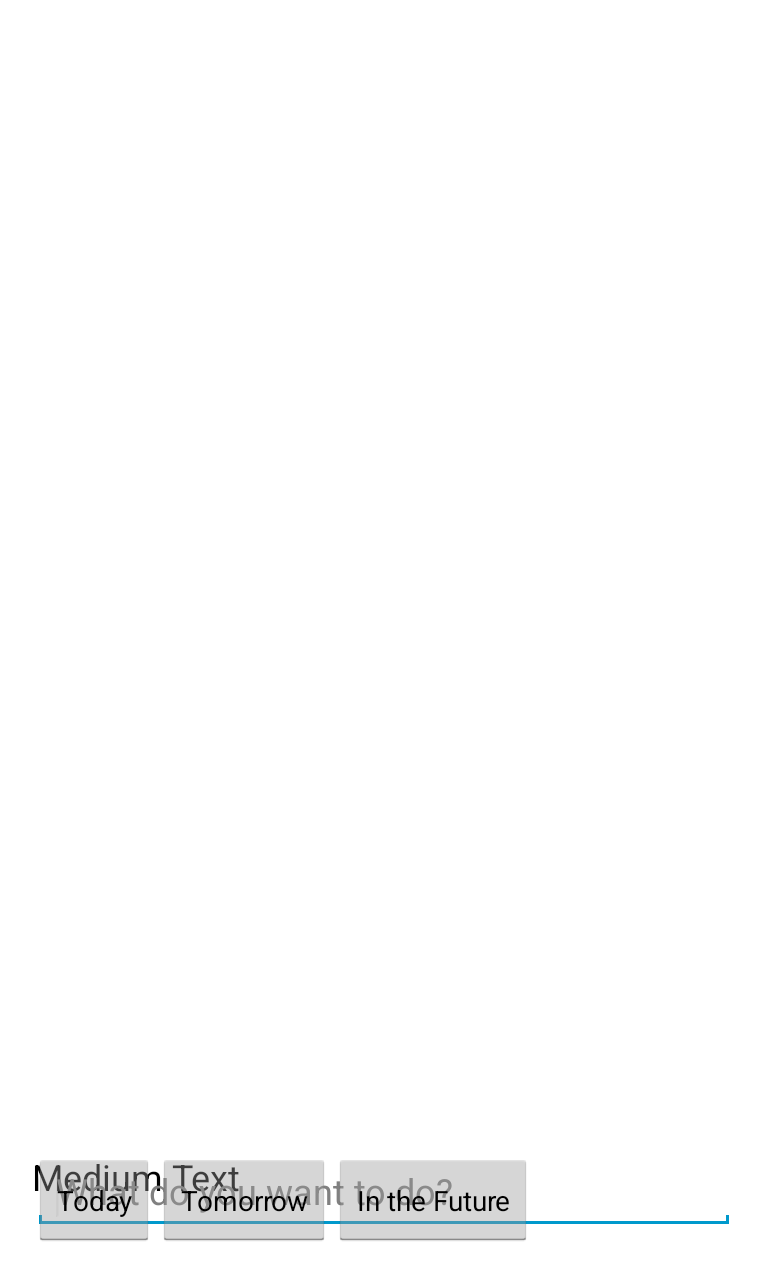
Repository: heatherpriceonline/tapia2014
Layout: Now/res/layout/activity_main.xml
These files come from the project's save history. The layout is drawn as it stood at one moment and after the next save; the edit follows.
It is drawn on a 768 x 1280 px phone screen (xhdpi) without system bars, with theme AppTheme; the app's code is not run.

Above is the layout before, as saved 2014-02-08 22:11:37.

### Now/res/layout/activity_main.xml
<RelativeLayout xmlns:android="http://schemas.android.com/apk/res/android"
    xmlns:tools="http://schemas.android.com/tools"
    android:layout_width="match_parent"
    android:layout_height="match_parent"
    android:paddingBottom="@dimen/activity_vertical_margin"
    android:paddingLeft="@dimen/activity_horizontal_margin"
    android:paddingRight="@dimen/activity_horizontal_margin"
    android:paddingTop="@dimen/activity_vertical_margin"
    tools:context=".MainActivity" >

    <TabHost
        android:id="@android:id/tabhost"
        android:layout_width="match_parent"
        android:layout_height="match_parent"
        android:layout_alignParentLeft="true"
        android:layout_alignParentTop="true" >

        <LinearLayout
            android:layout_width="match_parent"
            android:layout_height="match_parent"
            android:orientation="vertical" >

            <TabWidget
                android:id="@android:id/tabs"
                android:layout_width="313dp"
                android:layout_height="wrap_content" >
            </TabWidget>

           <FrameLayout
                android:id="@android:id/tabcontent"
                android:layout_width="match_parent"
                android:layout_height="match_parent" >

           		<RelativeLayout
                    android:id="@+id/Today"
                    android:layout_width="match_parent"
                    android:layout_height="match_parent"
                    android:gravity="bottom"
                    android:orientation="vertical" >

           			<TextView
           			    android:id="@+id/textView1"
           			    android:layout_width="wrap_content"
           			    android:layout_height="wrap_content"
           			    android:text="Medium Text"
           			    android:textAppearance="?android:attr/textAppearanceMedium" />

                    <EditText
                        android:id="@+id/todoText"
                        android:layout_width="match_parent"
                        android:layout_height="wrap_content"
                        android:ems="10"
                        android:hint="@string/todoText">

                        <requestFocus />
                    </EditText>

                    <LinearLayout
                        android:layout_width="match_parent"
                        android:layout_height="wrap_content" >

                        <Button
                            android:id="@+id/todayButton"
                            style="?android:attr/buttonStyleSmall"
                            android:layout_width="wrap_content"
                            android:layout_height="wrap_content"
                            android:text="@string/today" />

                        <Button
                            android:id="@+id/tomorrowButton"
                            style="?android:attr/buttonStyleSmall"
                            android:layout_width="wrap_content"
                            android:layout_height="wrap_content"
                            android:text="@string/tomorrow" />

                        <Button
                            android:id="@+id/futureButton"
                            style="?android:attr/buttonStyleSmall"
                            android:layout_width="wrap_content"
                            android:layout_height="wrap_content"
                            android:text="@string/future" />

                    </LinearLayout>

				</RelativeLayout>
                <LinearLayout
                    android:id="@+id/Tomorrow"
                    android:layout_width="match_parent"
                    android:layout_height="match_parent" >
                </LinearLayout>

                <LinearLayout
                    android:id="@+id/Later"
                    android:layout_width="match_parent"
                    android:layout_height="match_parent" >
                </LinearLayout>
            </FrameLayout>
        </LinearLayout>
    </TabHost>

</RelativeLayout>

### Now/res/values/strings.xml
<?xml version="1.0" encoding="utf-8"?>
<resources>

    <string name="app_name">Now!</string>
    <string name="action_settings">Settings</string>
    <string name="hello_world">Hello world!</string>
    <string name="today">Today</string>
    <string name="tomorrow">Tomorrow</string>
    <string name="future">In the Future</string>
    <string name="todoText">What do you want to do?</string>

</resources>

Loaded but not shown: Now/res/values/styles.xml (common file); Now/res/values-v11/styles.xml (common file); Now/res/values-v14/styles.xml (common file); Now/res/values/dimens.xml (common file)

After the next save:
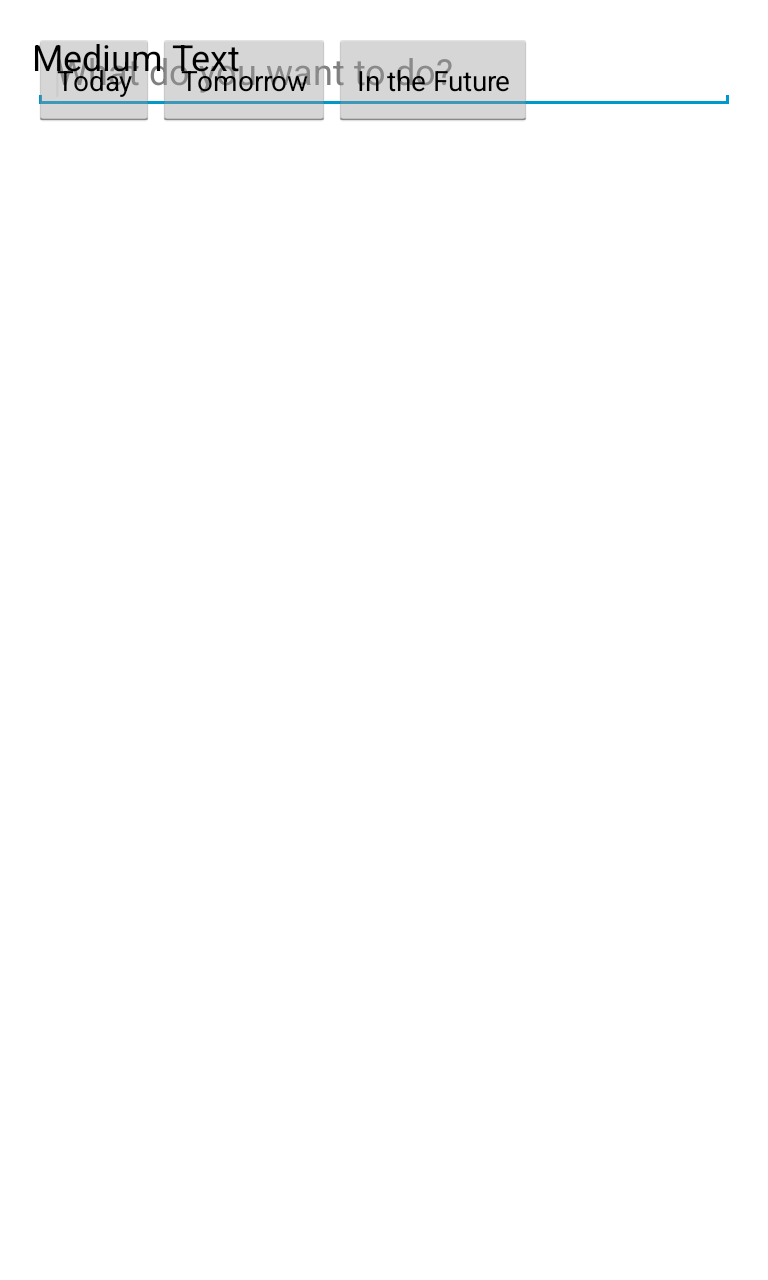
Saved 65 s later.
--- a/Now/res/layout/activity_main.xml
+++ b/Now/res/layout/activity_main.xml
@@ -35,15 +35,7 @@
                     android:id="@+id/Today"
                     android:layout_width="match_parent"
                     android:layout_height="match_parent"
-                    android:gravity="bottom"
-                    android:orientation="vertical" >
-
-           			<TextView
-           			    android:id="@+id/textView1"
-           			    android:layout_width="wrap_content"
-           			    android:layout_height="wrap_content"
-           			    android:text="Medium Text"
-           			    android:textAppearance="?android:attr/textAppearanceMedium" />
+                     >
 
                     <EditText
                         android:id="@+id/todoText"
@@ -82,6 +74,15 @@
 
                     </LinearLayout>
 
+                    <TextView
+                        android:id="@+id/textView1"
+                        android:layout_width="wrap_content"
+                        android:layout_height="wrap_content"
+                        android:layout_alignParentLeft="true"
+                        android:layout_alignParentTop="true"
+                        android:text="Medium Text"
+                        android:textAppearance="?android:attr/textAppearanceMedium" />
+
 				</RelativeLayout>
                 <LinearLayout
                     android:id="@+id/Tomorrow"
